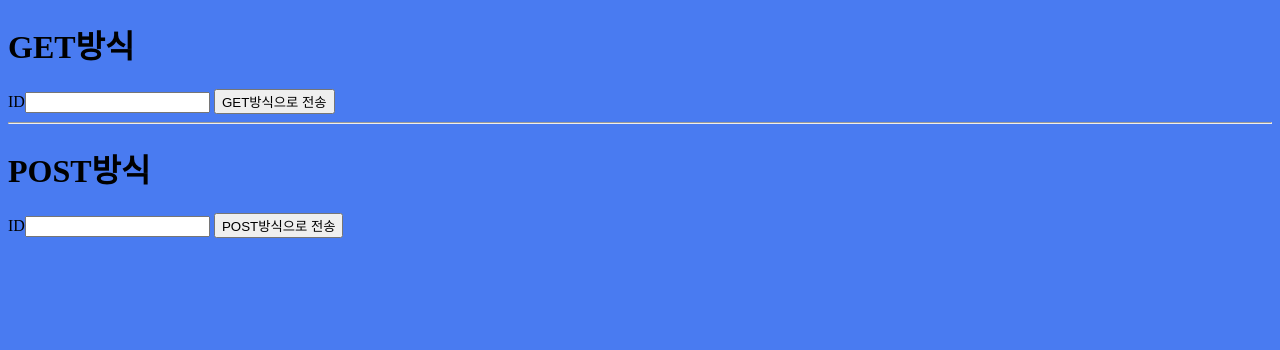
Repository: AsnemBlue/spring_Note
Page: http://localhost/ch11_requestmapping/
The author's editor kept a copy of each file at every save. The page is drawn from the files as they stood at one save, then again after the next save.
The browser window is 1280 px wide. The pictures show the whole page.
The page is served by Tomcat 9. Other server files are loaded and not shown.

Above is the page before, as saved 2020-03-30 04:06:14.

### ch11_requestmapping/src/main/webapp/index.jsp
<%@ page language="java" contentType="text/html; charset=UTF-8"
    pageEncoding="UTF-8"%>
<!DOCTYPE html>
<html>
<head>
	<meta charset="UTF-8">
</head>
<body>
	<jsp:forward page="main.do"/>
</body>
</html>

### ch11_requestmapping/src/main/webapp/WEB-INF/views/main.jsp
<%@ page language="java" contentType="text/html; charset=UTF-8"
    pageEncoding="UTF-8"%>
<%@ taglib prefix="c" uri="http://java.sun.com/jsp/jstl/core" %>
<c:set var="conPath" value="${pageContext.request.contextPath }"/>
<!DOCTYPE html>
<html>
<head>
	<meta charset="UTF-8">
	<title>Insert title here</title>
	<link href="${conPath }/css/style.css" rel="stylesheet">
</head>
<body>
	<h1>GET방식</h1>
	<form action="${conPath }/student.do" method="get">
		ID<input type="text" name="id">
		<input type="submit" value="GET방식으로 전송">
	</form>
	<hr>
	<h1>POST방식</h1>
	<form action="${conPath }/student.do" method="post">
		ID<input type="text" name="id">
		<input type="submit" value="POST방식으로 전송">
	</form>
</body>
</html>

### ch11_requestmapping/src/main/webapp/css/style.css
@charset "UTF-8";
body{
	background-color: #497bf1;
}

After the next save:
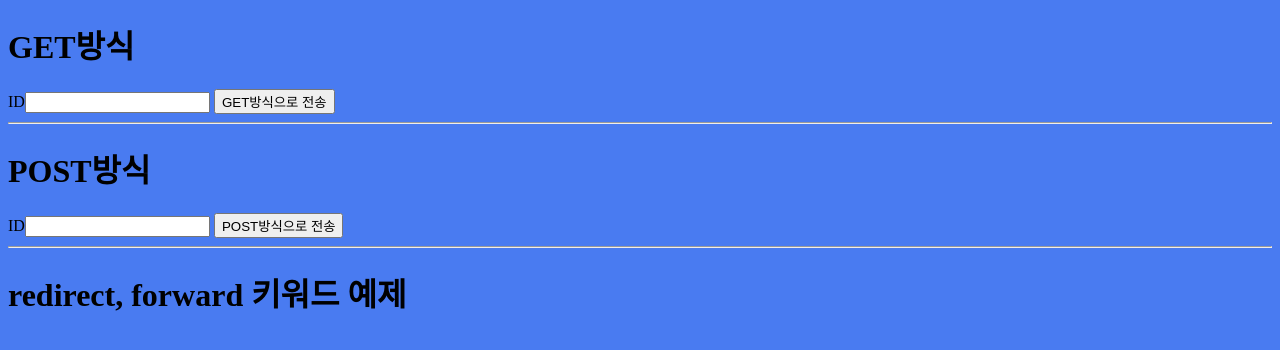
Saved 5 min 36 s later.
--- a/ch11_requestmapping/src/main/webapp/WEB-INF/views/main.jsp
+++ b/ch11_requestmapping/src/main/webapp/WEB-INF/views/main.jsp
@@ -21,5 +21,7 @@
 		ID<input type="text" name="id">
 		<input type="submit" value="POST방식으로 전송">
 	</form>
+	<hr>
+	<h1>redirect, forward 키워드 예제</h1>
 </body>
 </html>
